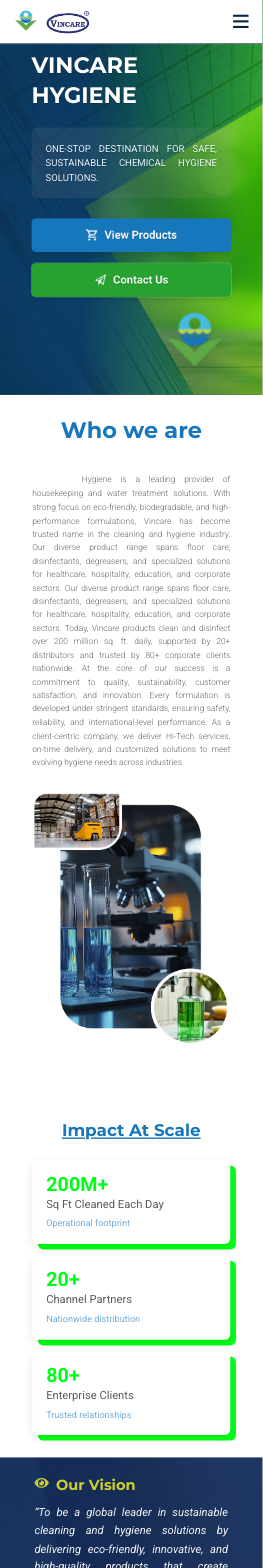
Repository: Yeshwanth-189/vincare
Page: / (app in vincare-frontend/)
The author's editor kept a copy of each file at every save. The page is drawn from the files as they stood at one save, then again after the next save.
The browser window is 375 px wide. The pictures show the part of the page from y = 0 to 2240 px (the page is 3628 px tall), at 70% of full size.
The project was rebuilt for these pictures with package versions that can differ from the ones it lists, and the page was loaded fresh each time. Also part of the build but not shown: vincare-frontend/vite.config.js.

Above is the page before, as saved 2025-09-20 02:32:41.

### vincare-frontend/index.html
<!DOCTYPE html>
<html lang="en">
  <head>
    <meta charset="UTF-8" />
    <link rel="preconnect" href="https://fonts.googleapis.com" />
    <link rel="preconnect" href="https://fonts.gstatic.com" crossorigin />
    <link rel="icon" type="image/svg+xml" href="/Vincare-Logo.png" />
    <link
      href="https://fonts.googleapis.com/css2?family=Lato:ital,wght@0,100;0,300;0,400;0,700;0,900;1,100;1,300;1,400;1,700;1,900&family=Montserrat:ital,wght@0,100..900;1,100..900&family=Roboto:ital,wght@0,100..900;1,100..900&display=swap"
      rel="stylesheet"
    />
    <meta name="viewport" content="width=device-width, initial-scale=1.0" />
    <title>Vincare Hygiene</title>
  </head>
  <body>
    <div id="root"></div>
    <script type="module" src="/src/main.jsx"></script>
  </body>
</html>

### vincare-frontend/src/App.jsx
import "./App.css";
import Vincare from "./components/Vincare";
import { BrowserRouter as Router, Routes, Route } from "react-router-dom";

function App() {
  return (
    <>
      <Router>
        <Routes>
          <Route path="/" element={<Vincare />} />
        </Routes>
      </Router>
    </>
  );
}

export default App;

### vincare-frontend/src/App.css
:root {
  /* Brand Colors */
  --color-primary: #1777bc; /* Dark Navy Blue */
  --color-secondary: rgb(0, 255, 21); /* Professional Light Blue */

  /* Backgrounds */
  --color-bg: #ffffff;
  --color-bg-light: #f5f5f5;

  /* Neutral Grays */
  --color-gray-dark: #333333;
  --color-gray-mid: #666666;
  --color-gray-light: #f5f5f5;

  /* Status Colors */
  --color-success: #2e7d32;
  --color-warning: #ed6c02;
  --color-error: #d32f2f;

  /* Typography */
  --font-heading: "Montserrat", serif;
  --font-body: "Roboto", sans-serif;

  /* Font Sizes (scalable for responsive design) */
  --text-h1: 2.5rem;
  --text-h2: 2rem;
  --text-h3: 1.5rem;
  --text-body: 1rem;
  --text-small: 0.875rem;

  /* Spacing (consistent padding/margin system) */
  --space-xs: 4px;
  --space-sm: 8px;
  --space-md: 16px;
  --space-lg: 24px;
  --space-xl: 32px;

  /* Border Radius */
  --radius-sm: 4px;
  --radius-md: 8px;
  --radius-lg: 16px;

  /* Shadows */
  --shadow-sm: 0 1px 2px rgba(0, 0, 0, 0.05);
  --shadow-md: 0 4px 6px rgba(0, 0, 0, 0.1);
  --shadow-lg: 0 10px 15px rgba(0, 0, 0, 0.15);
}

html,
body {
  margin: 0;
  padding: 0;
}
* {
  box-sizing: border-box;
}
/* Base Typography */
body {
  font-family: var(--font-body);
  font-size: var(--text-body);
  color: var(--color-gray-dark);
  background-color: var(--color-bg);
  margin: 0;
  padding: 0;
}

h1,
h2,
h3,
h4,
h5,
h6 {
  font-family: var(--font-heading);
  color: var(--color-primary);
  margin: 0 0 var(--space-md);
}

p {
  margin: 0 0 var(--space-md);
  color: var(--color-gray-mid);
}

### vincare-frontend/src/components/Vincare.jsx
import React from "react";
import NavBar from "../components/Navbar";
import Hero from "../components/Hero";
import About from "../components/About";
// import Services from "../components/Services";
// import Projects from "../components/Projects";
// import Courses from "../components/Courses";
// import Blogs from "../components/Blogs";
// import Contact from "../components/Contact";
// import Footer from "../components/Footer";

function Vincare() {
  return (
    <>
      <NavBar />
      <section id="home">
        <Hero />
      </section>
      <section id="about">
        <About />
      </section>
      {/* <section id="services">
        <Services />
      </section>
      <section id="courses">
        <Courses />
      </section>
      <section id="projects">
        <Projects />
      </section>
      <section id="blogs">
        <Blogs />
      </section>
      <section id="contact">
        <Contact />
      </section>
      <Footer /> */}
    </>
  );
}

export default Vincare;

### vincare-frontend/src/components/Navbar.jsx
import React, { useState } from "react";
import { Link as ScrollLink } from "react-scroll";
import "../styles/Navbar.css";
import VincareLogo from "../assets/Vincare-Logo.png";
import VincareWordLogo from "../assets/Vincare-Word-Logo.png";

function Navbar() {
  const [isOpen, setIsOpen] = useState(false);

  return (
    <nav className="navbar">
      <div className="navbar-grid">
        <div className="col-1" />

        <div className="col-2to11 navbar-content">
          <div className="navbar-logo">
            <img alt="logo" className="navbar-logo-image" src={VincareLogo} />
            <img
              alt="logo"
              className="navbar-word-logo-image"
              src={VincareWordLogo}
            />
            <div className="hamburger" onClick={() => setIsOpen(!isOpen)}>
              <span className={isOpen ? "bar rotate-top" : "bar"}></span>
              <span className={isOpen ? "bar fade" : "bar"}></span>
              <span className={isOpen ? "bar rotate-bottom" : "bar"}></span>
            </div>
          </div>

          {/* Smooth Scrolling Links */}
          <div className={`navbar-links ${isOpen ? "open" : ""}`}>
            <ScrollLink
              to="home"
              smooth={true}
              duration={700}
              onClick={() => setIsOpen(false)}
            >
              Home
            </ScrollLink>
            <ScrollLink
              to="about"
              smooth={true}
              duration={700}
              onClick={() => setIsOpen(false)}
            >
              About
            </ScrollLink>
            <ScrollLink
              to="services"
              smooth={true}
              duration={700}
              onClick={() => setIsOpen(false)}
            >
              Products
            </ScrollLink>
            <ScrollLink
              to="courses"
              smooth={true}
              duration={700}
              onClick={() => setIsOpen(false)}
            >
              Planet
            </ScrollLink>
            <ScrollLink
              to="contact"
              smooth={true}
              duration={700}
              onClick={() => setIsOpen(false)}
            >
              Contact
            </ScrollLink>
          </div>
        </div>

        <div className="col-12" />
      </div>
    </nav>
  );
}

export default Navbar;

### vincare-frontend/src/components/Hero.jsx
import React from "react";
// eslint-disable-next-line no-unused-vars
import { motion } from "framer-motion";
import "../styles/hero.css";
import HeroBg from "../assets/hero-of-bg.png";
import SideImage from "../assets/Vincare-Logo.png";
import { IoMdPaperPlane } from "react-icons/io";
import { MdOutlineShoppingCart } from "react-icons/md";

/**
 * Props:
 * - title       (string)
 * - subtitle    (string)
 * - text        (string)
 * - primaryCta  ({ label: string, onClick?: fn, href?: string })
 * - secondaryCta({ label: string, onClick?: fn, href?: string })
 * - bgImage     (string) // URL for hero background image
 */
export default function Hero({
  title = "VINCARE",
  subtitle = "HYGIENE",
  text = "ONE-STOP DESTINATION FOR SAFE, SUSTAINABLE CHEMICAL HYGIENE SOLUTIONS.",
  primaryCta = { label: "View Products", href: "#" },
  secondaryCta = { label: "Contact Us", href: "#" },
  bgImage = HeroBg,
  sideImage = SideImage,
}) {
  // animation variants
  const container = {
    hidden: { opacity: 0 },
    show: {
      opacity: 1,
      transition: { staggerChildren: 0.12, delayChildren: 0.15 },
    },
  };

  const riseUp = {
    hidden: { opacity: 0, y: 24 },
    show: {
      opacity: 1,
      y: 0,
      transition: { type: "spring", stiffness: 90, damping: 14 },
    },
  };

  const slideIn = {
    hidden: { opacity: 0, x: -24 },
    show: {
      opacity: 1,
      x: 0,
      transition: { type: "spring", stiffness: 90, damping: 16 },
    },
  };

  const fadeIn = {
    hidden: { opacity: 0 },
    show: { opacity: 1, transition: { duration: 0.35 } },
  };

  return (
    <section
      className="hero"
      style={{ ["--hero-bg-image"]: `url(${bgImage})` }}
      aria-label="Intro"
    >
      <div className="hero__inner">
        {/* Column 1 & 12 are gutters by layout rules in CSS */}
        <motion.div
          className="hero__content"
          variants={container}
          initial="hidden"
          animate="show"
        >
          <motion.h1 className="hero__title" variants={riseUp}>
            {title}
          </motion.h1>

          <motion.h1 className="hero__title" variants={fadeIn}>
            {subtitle}
          </motion.h1>

          <motion.p className="hero__text" variants={slideIn}>
            {text}
          </motion.p>

          <motion.div className="hero__actions" variants={fadeIn}>
            {primaryCta?.href ? (
              <a className="btn btn--primary" href={primaryCta.href}>
                <MdOutlineShoppingCart className="btn__icon" />
                {primaryCta.label}
              </a>
            ) : (
              <button
                className="btn btn--primary"
                onClick={primaryCta?.onClick}
              >
                <MdOutlineShoppingCart className="btn__icon" />
                {primaryCta.label}
              </button>
            )}

            {secondaryCta?.href ? (
              <a className="btn btn--ghost" href={secondaryCta.href}>
                <IoMdPaperPlane className="btn__icon" />
                {secondaryCta.label}
              </a>
            ) : (
              <button
                className="btn btn--ghost"
                onClick={secondaryCta?.onClick}
              >
                <IoMdPaperPlane className="btn__icon" />
                {secondaryCta.label}
              </button>
            )}
          </motion.div>
        </motion.div>
        <motion.div className="hero__visual">
          <motion.img
            src={sideImage}
            alt="Illustration"
            className="hero__visual-img"
            initial={{ rotateY: 0 }}
            animate={{ rotateY: 1080 }}
            transition={{ duration: 1.2, ease: "easeOut" }}
          />
        </motion.div>
      </div>
    </section>
  );
}

### vincare-frontend/src/styles/Navbar.css
.navbar {
  position: fixed;
  width: 100%;
  background-color: var(--color-bg);
  z-index: 999;
  padding: 1% 0 1%;
}

.navbar-grid {
  display: grid;
  grid-template-columns: repeat(12, 1fr);
  align-items: center;
  max-width: 1400px;
  margin: 0 auto;
  padding: 0 20px;
}

.col-1 {
  grid-column: 1 / 2;
}

.col-2to11 {
  grid-column: 2 / 12;
  display: flex;
  justify-content: space-between;
  align-items: center;
}

.col-12 {
  display: none;
}

/* Left: Logo */
.navbar-logo {
  font-family: "Montserrat", serif;
  font-size: 1.3rem;
  color: var(--color-primary);
  display: flex;
  justify-content: flex-start;
  align-items: flex-start;
  gap: 10px;
  width: 100%;
}

.navbar-logo-image {
  width: 8%;
}
.navbar-word-logo-image {
  width: 15%;
}
.primary {
  color: #0a2540;
}

.secondary {
  color: #51ba31;
}

/* Right: Links */
.navbar-links {
  display: flex;
  gap: 32px;
  font-family: "Montserrat", serif;
  font-size: 0.95rem;
}

.navbar-links a {
  color: var(--color-primary);
  text-decoration: none;
  transition: color 0.3s ease;
  position: relative;
}

.navbar-links a:hover {
  color: var(--color-secondary);
  cursor: pointer;
}

.navbar-links a::after {
  content: "";
  display: block;
  height: 2px;
  width: 0;
  background-color: var(--color-secondary);
  transition: width 0.3s ease;
  position: absolute;
  bottom: -4px;
  left: 0;
}

.navbar-links a:hover::after {
  width: 100%;
}
.hamburger {
  display: none;
  flex-direction: column;
  justify-content: center;
  align-items: flex-end;
  gap: 5px;
  margin-left: auto;
  cursor: pointer;
  z-index: 1000;
}

.bar {
  width: 22px;
  height: 3px;
  background-color: #0a2540;
  transition: all 0.3s ease;
}

.rotate-top {
  transform: rotate(45deg) translateY(8px);
}

.fade {
  opacity: 0;
}

.rotate-bottom {
  transform: rotate(-45deg) translateY(-8px);
}

/* Responsive */
@media screen and (max-width: 768px) {
  .navbar-grid {
    grid-template-columns: 1fr;
  }

  .col-2to11 {
    flex-direction: column;
    gap: 14px;
    grid-column: span 12;
  }

  .navbar-logo {
    font-size: 1.1rem;
  }

  .navbar-logo-image {
    width: 10%;
    padding-top: 3%;
  }

  .navbar-word-logo-image {
    width: 20%;
    padding-top: 3%;
    padding-bottom: 3%;
  }

  .navbar-links {
    flex-direction: column;
    gap: 12px;
  }
  @media screen and (max-width: 768px) {
    .hamburger {
      margin-top: 5%;
      display: flex;
    }
    .navbar {
      top: 0;
      border-bottom: 1px solid #0a2540;
    }

    .navbar-links {
      display: none;
      flex-direction: column;
      gap: 16px;
      margin-top: 1rem;
      width: 100%;
    }

    .navbar-links.open {
      display: flex;
      animation: fadeIn 0.3s ease-in-out;
    }
  }

  @keyframes fadeIn {
    from {
      opacity: 0;
      transform: translateY(-10px);
    }
    to {
      opacity: 1;
      transform: translateY(0);
    }
  }
}

### vincare-frontend/src/styles/Hero.css
.hero {
  /* Full width + viewport height hero */
  position: relative;
  width: 100%;
  min-height: clamp(720px, 70vh, 860px);
  display: grid;
  align-items: center;
  padding-top: 10%;

  /* Layered background: gradient + full-cover image */
  --gradient: linear-gradient(
    90deg,
    #134e89a5 32%,
    rgba(30, 255, 0, 0.449) 99%
  );
  --bg-image: var(--hero-bg-image, url(""));

  background-image: var(--gradient), var(--bg-image);
  background-size: cover, cover;
  background-position: center, center;
  background-repeat: no-repeat, no-repeat;
  /* A subtle dark overlay for legibility (tweak if needed) */
  box-shadow: inset 0 0 0 100vmax rgba(0, 0, 0, 0.12);
  overflow: hidden;
}

/* 12-column grid container inside the hero */
.hero__inner {
  width: min(1200px, 92vw);
  margin-inline: auto;
  display: grid;
  grid-template-columns: repeat(12, minmax(0, 1fr));
  column-gap: 16px;
  row-gap: 16px;
  padding: clamp(24px, 4vw, 48px) 0;
}

/* Content from columns 2–7 (1 and 12 are gutters) */
.hero__content {
  grid-column: 1 / 7; /* spans columns 2..7 inclusive */
  color: #fff; /* ensure readability over image/gradient */
  text-shadow: 0 1px 2px rgba(0, 0, 0, 0.2);
}

.hero__visual {
  grid-column: 8 / 12; /* spans 8,9,10,11 */
  display: grid;
  align-items: center;
  justify-items: center;
  padding: 8px;
}

.hero__visual-img {
  width: 100%;
  height: auto;
  object-fit: contain; /* no cropping */
  filter: drop-shadow(0 10px 20px rgba(0, 0, 0, 0.25));
  user-select: none;
  pointer-events: none;
}

.hero__title {
  font-family: var(--font-heading);
  font-size: clamp(2rem, 3.5vw + 0.5rem, 2.25rem);
  line-height: 1.1;
  margin: 0 0 var(--space-sm);
  color: #fff; /* override heading default color for contrast */
}

.hero__text {
  display: block; /* Make it a block element */
  max-width: 400px; /* Control width so it forms a block */
  margin: 10% 0% 10% 0%; /* Center horizontally with auto */
  padding: 20px; /* Add spacing inside */
  font-family: "Roboto", sans-serif; /* Use a clean, readable font */
  font-size: clamp(1rem, 2.5vw + 0.5rem, 1.25rem);
  background: rgba(
    154,
    154,
    154,
    0.126
  ); /* Optional background to see the block */
  color: #eaf4ff;
  text-align: justify; /* Justify text */
  border-radius: 8px; /* Optional rounded edges */
}
/* Actions (two buttons) */
.hero__actions {
  display: flex;
  gap: var(--space-md);
  flex-wrap: wrap;
}

.btn {
  appearance: none;
  border: 0;
  cursor: pointer;
  font: inherit;
  padding: 12px 18px;
  border-radius: 5px;
  box-shadow: var(--shadow-md);
  transition: transform 180ms ease, box-shadow 180ms ease, opacity 180ms ease;
  text-decoration: none;
  justify-content: center;
  will-change: transform;
  display: inline-flex; /* Align icon + text */
  align-items: center;
  gap: 8px; /* space between icon and text */
  padding: 0.75rem 1.25rem;
  border-radius: 6px;
  font-weight: 600;
  cursor: pointer;
  text-decoration: none;
}

.btn__icon {
  font-size: 1.2em; /* Adjust size */
}

.btn:hover {
  transform: translateY(-1px);
  box-shadow: var(--shadow-lg);
  border: 1px solid rgb(255, 255, 255);
  color: #fff;
}

.btn:active {
  transform: translateY(0);
  box-shadow: var(--shadow-sm);
}

.btn--primary {
  background: var(--color-primary);
  color: #fff;
}

.btn--ghost {
  background: rgb(38, 162, 48);
  color: #fff;
  outline: 1px solid rgba(255, 255, 255, 0.25);
}

/* ------- Responsive ------- */
@media (max-width: 900px) {
  .hero__content {
    grid-column: 2 / 12; /* let content breathe on medium screens */
  }
}

@media (max-width: 640px) {
  .hero__inner {
    width: 92vw;
    grid-template-columns: repeat(12, minmax(0, 1fr));
    row-gap: 12px;
    padding-top: 10%;
  }

  .hero__text {
    font-size: clamp(0.75rem, 1.5vw + 0.5rem, 1.75rem);
  }

  .hero__content {
    grid-column: 2 / 12; /* gutters stay, content fills */
  }

  .hero {
    min-height: 70vh;
  }

  .hero__actions .btn {
    width: 100%;
    justify-content: center;
  }
}

### vincare-frontend/src/styles/About.css
/* --------------------------------------------------
   CSS (place in: src/styles/whoWeAre.css)
-------------------------------------------------- */

/* Root grid */
:root {
  --who-maxw: 1200px;
  --who-pad: clamp(16px, 2.5vw, 28px);
  --who-gap: clamp(16px, 2vw, 24px);
  --card-radius: 18px;
  --card-shadow: 0 18px 50px rgba(0, 0, 0, 0.15);
  --card-outline: 1px solid rgba(255, 255, 255, 0.06);
}

.who {
  max-width: var(--who-maxw);
  margin: 0 auto;
  padding: calc(var(--who-pad) * 2) var(--who-pad);
}

.grid-12 {
  display: grid;
  grid-template-columns: repeat(12, minmax(0, 1fr));
  gap: var(--who-gap);
}

/* Centered heading spanning cols 2-11 (gutters are 1 & 12) */
.who__title {
  grid-column: 2 / 12;
  text-align: center;
  font-size: clamp(4rem, 5.5vw + 0.5rem, 4.25rem);
  font-family: "Montserrat", sans-serif;
  line-height: 1.15;
  margin-bottom: clamp(14px, 2vw, 18px);
}

/* Left column (2-7) */
.who__left {
  grid-column: 2 / 8;
  align-self: start;
  text-align: justify;
}

.who__storyImage {
  width: 100%;
  margin-bottom: 16px;
  border-radius: 14px;
  overflow: hidden;
}
.who__storyImage img {
  width: 100%;
  height: auto;
  display: block;
  object-fit: cover;
}

.who__intro {
  grid-column: 2 / 12;
  font-family: "Roboto", sans-serif;
  font-size: 1rem;
  line-height: 1.6;
  text-align: justify;
  margin-top: 1.5rem;
  font-weight: 300;
}

.who__highlight {
  font-weight: 700;
  color: var(--color-secondary); /* green */
  font-size: 2rem;
  margin-right: 4px;
}

.who__sectionTitle {
  font-size: clamp(20px, 2.2vw, 24px);
  margin: 6px 0 10px;
}

.who__para {
  font-size: 16px;
  line-height: 1.6;
  opacity: 0.9;
}

/* Right column (8-11): metric stack */
.who__right {
  grid-column: 9 / 12;
  display: grid;
  gap: var(--who-gap);
  align-content: start;
  padding-top: 25%;
}

.who__right_head {
  grid-column: 1 / -1;
  font-size: clamp(1.5rem, 2.5vw, 2rem);
  text-align: center;
  margin-bottom: 8px;
  font-family: "Montserrat", sans-serif;
  text-decoration: underline;
}

.metric {
  position: relative;
  display: inline-block;
}

.metric__inner {
  position: relative;
  z-index: 2;
  background: #fff;
  border-radius: 8px;
  padding: 20px;
  box-shadow: 0 4px 12px rgba(0, 0, 0, 0.1);
}

/* Back box (shadow layer) */
.metric::before {
  content: "";
  position: absolute;
  top: 8px; /* push it down */
  left: 8px; /* push it right */
  width: 100%;
  height: 100%;
  border-radius: 8px;
  background: var(--color-secondary); /* yellow back box */
  z-index: 1;
}

.metric__value {
  font-size: clamp(28px, 4vw, 42px);
  font-weight: 700;
  letter-spacing: 0.2px;
  line-height: 1.1;
  color: var(--color-secondary);
}

.metric__label {
  text-transform: capitalize;
  opacity: 0.8;
}
.metric__caption {
  opacity: 0.6;
  font-size: 13px;
  margin-top: 6px;
  color: var(--color-primary);
}
/* Vision + Mission + Values band */
.who__band {
  grid-column: 1 / -1; /* spans full container, we’ll constrain inside */
  position: relative;
  padding: clamp(20px, 4vw, 40px);
  color: #fff;
  background: var(--band-bg);
  background-size: cover;
  background-position: center;
  overflow: hidden;
}

/* Inner grid columns */
.who__bandLeft {
  grid-column: 2 / 7; /* 2-6 */
}

.who__bandRight {
  grid-column: 7 / 12; /* 7-11 */
}

/* Headings & text */
.band__eyeline,
.band__value,
.band__subhead {
  display: flex;
  align-items: center;
  gap: 10px;
  margin: 0 0 10px 0;
  color: #ced12b;
  font-family: "Montserrat", sans-serif;
}

.band__eyeline {
  font-size: clamp(1.3rem, 2.2vw, 1.6rem);
}
.band__value {
  font-size: clamp(1.3rem, 2.2vw, 1.6rem);
}
.band__subhead {
  font-size: clamp(1.3rem, 2.2vw, 1.6rem);
  margin-top: 10%;
}

.band__icon {
  display: flex;
  align-items: center;
  gap: 10px;
  margin: 0 0 10px 0;
  color: #ced12b;
  font-family: "Montserrat", sans-serif;
  margin-top: 2%;
}

.band__para {
  margin: 0;
  line-height: 1.6;
  opacity: 0.95;
  font-family: "Roboto", sans-serif;
  font-style: italic;
  text-align: justify;
  color: #fff;
  max-width: 480px;
}

/* Mission bullets */
.band__bullets {
  max-width: 560px;
  text-align: justify;
}

.band__bulletIcon {
  margin-top: 3px;
  font-size: 1rem;
  color: #ced12b;
}

/* Values grid (right column) */
.band__valuesTitle {
  margin: 0 0 12px 0;
  font-family: "Montserrat", sans-serif;
  text-align: left;
  font-size: clamp(1.2rem, 2.2vw, 1.5rem);
  color: #ced12b;
}
.band__right__title {
  font-size: clamp(1.3rem, 2.2vw, 1.6rem);
}
:root {
  --value-card-w: 160px; /* fixed width */
  --value-card-h: 160px; /* fixed height (square) */
  --value-icon-d: 56px; /* icon circle diameter */
}

/* 3 in a row */
.band__valuesGrid {
  display: grid;
  grid-template-columns: repeat(3, 1fr);
  gap: 16px 18px;
}

/* Card */
.valueItem {
  position: relative; /* required for pseudo-element */
  overflow: hidden; /* clip shine */
  width: var(--value-card-w);
  height: var(--value-card-h);
  margin: 0 auto;
  display: flex;
  flex-direction: column;
  align-items: center;
  justify-content: center;
  border-radius: 14px;
  background: rgba(255, 255, 255, 0.08);
  border: 1px solid rgba(255, 255, 255, 0.12);
  backdrop-filter: blur(4px);
  text-align: center;
  transition: transform 0.3s ease;
}

.valueItem::after {
  content: "";
  position: absolute;
  top: -50%;
  left: -75%;
  width: 50%;
  height: 200%;
  background: linear-gradient(
    120deg,
    rgba(255, 255, 255, 0) 0%,
    rgba(255, 255, 255, 0.6) 50%,
    rgba(255, 255, 255, 0) 100%
  );
  transform: skewX(-25deg);
}

/* Animate the shine on hover */
.valueItem:hover::after {
  animation: shine 0.9s forwards;
}

@keyframes shine {
  0% {
    left: -75%;
  }
  100% {
    left: 125%;
  }
}

/* Circular icon */
.valueIconWrap {
  width: var(--value-icon-d);
  height: var(--value-icon-d);
  border-radius: 50%;
  display: grid;
  place-items: center;
  background: #fff; /* your accent color */
  box-shadow: 0 6px 14px rgba(0, 0, 0, 0.15);
}

.valueIcon {
  font-size: 1.25rem;
  color: var(--color-primary);
}

/* Label */
.valueLabel {
  margin-top: 10px;
  font-weight: 600;
  letter-spacing: 0.2px;
  line-height: 1.2;
  display: inline-block;
}

/* Responsive: keep 3 on wide, fall back when needed */
@media (max-width: 980px) {
  .band__valuesGrid {
    grid-template-columns: repeat(3, 1fr);
  }
  :root {
    --value-card-w: 150px;
    --value-card-h: 150px;
    --value-icon-d: 52px;
  }
}

@media (max-width: 700px) {
  .band__valuesGrid {
    grid-template-columns: repeat(2, 1fr);
  }
}

@media (max-width: 400px) {
  .band__valuesGrid {
    grid-template-columns: 1fr;
  }
}

/* Responsive */
@media (max-width: 980px) {
  .who__bandLeft {
    grid-column: 2 / 12;
  }
  .who__bandRight {
    grid-column: 2 / 12;
    margin-top: 16px;
  }
}

/* Responsive */
@media (max-width: 980px) {
  .who__left {
    grid-column: 2 / 12;
  }
  .who__right {
    grid-column: 2 / 12;
    grid-template-columns: 1fr;
  }
}

@media (max-width: 600px) {
  .who__vision {
    grid-template-columns: 1fr;
  }
  .who__title {
    grid-column: 2 / 12;
    text-align: center;
    font-size: clamp(2rem, 3.5vw + 0.5rem, 2.25rem);
    font-family: "Montserrat", sans-serif;
    line-height: 1.15;
    margin-bottom: clamp(14px, 2vw, 18px);
  }
  .who__highlight {
    font-weight: 500;
    color: #fff;
    font-size: 1rem;
    margin-right: 4px;
  }
  .who__intro {
    grid-column: 2 / 12;
    font-family: "Roboto", sans-serif;
    font-size: 0.75rem;
    line-height: 1.6;
    text-align: justify;
    margin-top: 0.5rem;
    font-weight: 300;
  }
}

Loaded but not shown: vincare-frontend/src/main.jsx (common file); vincare-frontend/src/index.css (common file); vincare-frontend/src/components/About.jsx (277 lines, source omitted)

After the next save:
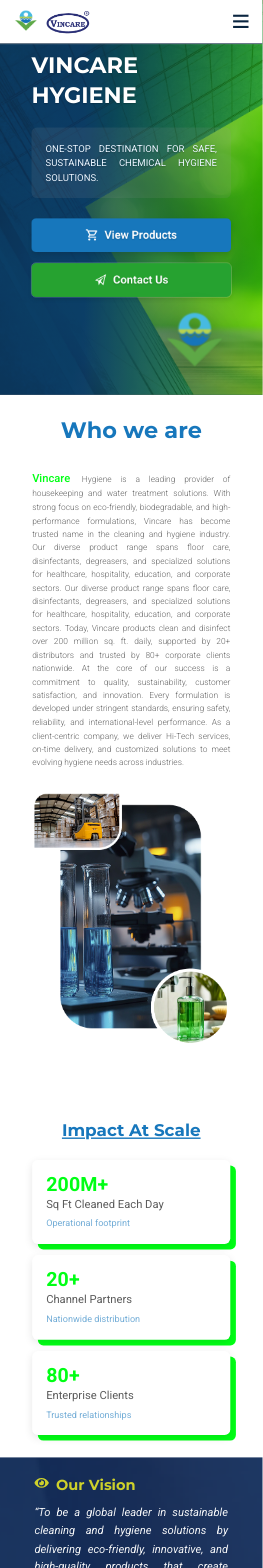
Saved 3 min 1 s later.
--- a/vincare-frontend/src/styles/About.css
+++ b/vincare-frontend/src/styles/About.css
@@ -380,7 +380,7 @@
   }
   .who__highlight {
     font-weight: 500;
-    color: #fff;
+    color: var(--color-secondary); /* green */
     font-size: 1rem;
     margin-right: 4px;
   }
